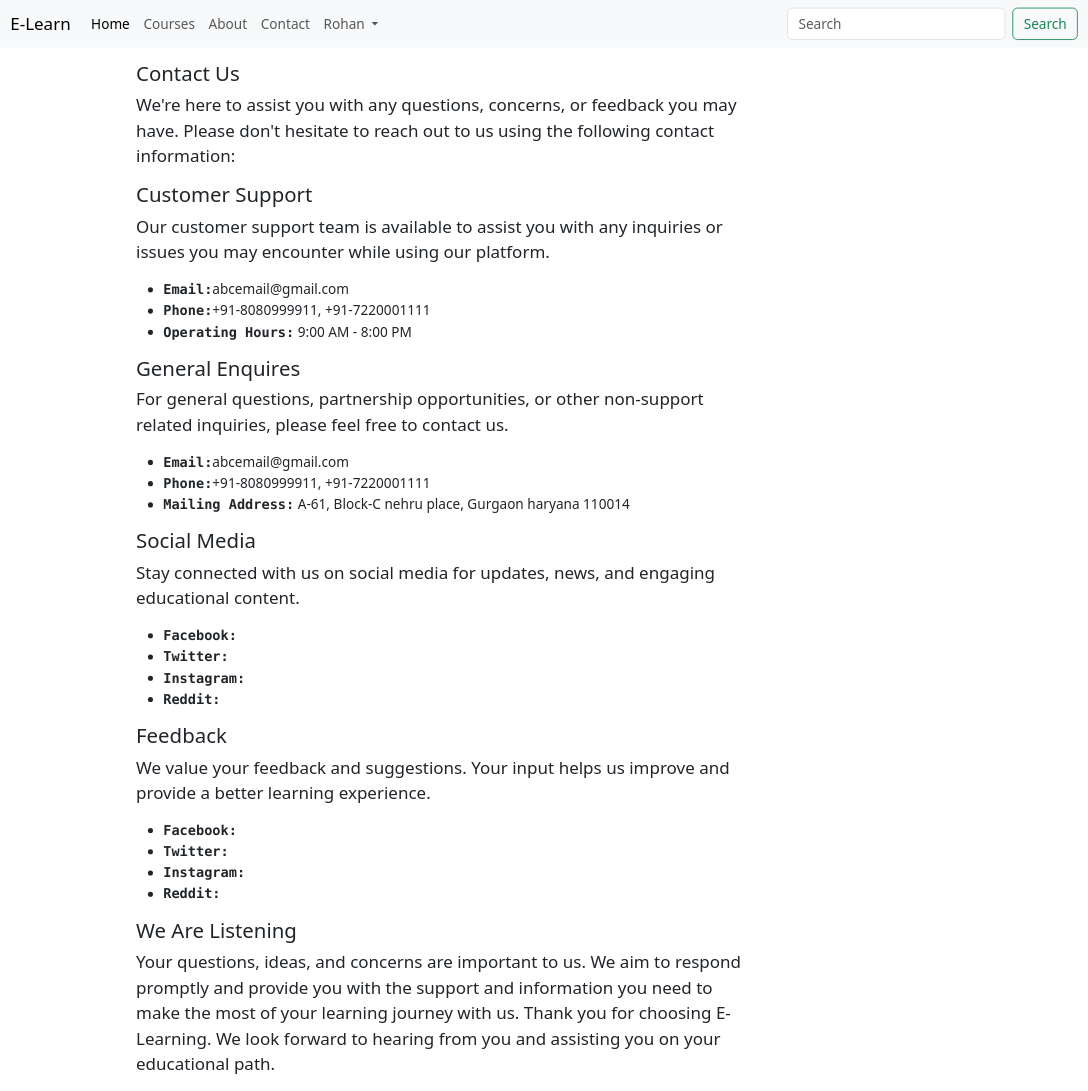
Repository: syni18/bootstrap_elarn
Page: Contact.html
These files come from the project's save history. The page is drawn as it stood at one moment and after the next save; the edit follows.
The browser window is 1280 px wide. The pictures show the whole page, at 85% of full size.

Above is the page before, as saved 2023-10-25 23:44:54.

### Contact.html
<!DOCTYPE html>
<html lang="en">
  <head>
    <meta charset="utf-8" />
    <meta name="viewport" content="width=device-width, initial-scale=1" />
    <title>E-Learning</title>
    <link
      href="https://cdn.jsdelivr.net/npm/bootstrap@5.3.2/dist/css/bootstrap.min.css"
      rel="stylesheet"
      integrity="sha384-T3c6CoIi6uLrA9TneNEoa7RxnatzjcDSCmG1MXxSR1GAsXEV/Dwwykc2MPK8M2HN"
      crossorigin="anonymous"
    />
  </head>
  <body>
    <nav class="navbar navbar-expand-lg bg-body-tertiary">
      <div class="container-fluid">
        <a class="navbar-brand" href="#">E-Learn</a>
        <button
          class="navbar-toggler"
          type="button"
          data-bs-toggle="collapse"
          data-bs-target="#navbarSupportedContent"
          aria-controls="navbarSupportedContent"
          aria-expanded="false"
          aria-label="Toggle navigation"
        >
          <span class="navbar-toggler-icon"></span>
        </button>
        <div class="collapse navbar-collapse" id="navbarSupportedContent">
          <ul class="navbar-nav me-auto mb-2 mb-lg-0">
            <li class="nav-item">
              <a class="nav-link active" aria-current="page" href="#">Home</a>
            </li>
            <li class="nav-item">
              <a class="nav-link" href="#">Courses</a>
            </li>
            <li class="nav-item">
              <a class="nav-link" href="/About.html">About</a>
            </li>
            <li class="nav-item">
              <a class="nav-link" href="#">Contact</a>
            </li>
            <li class="nav-item dropdown">
              <a
                class="nav-link dropdown-toggle"
                href="#"
                role="button"
                data-bs-toggle="dropdown"
                aria-expanded="false"
              >
                Rohan
              </a>
              <ul class="dropdown-menu">
                <li><a class="dropdown-item" href="#">My Profile</a></li>
                <li><a class="dropdown-item" href="#">My Courses</a></li>
                <li><hr class="dropdown-divider" /></li>
                <li><a class="dropdown-item" href="#">Log Out</a></li>
              </ul>
            </li>
          </ul>
          <form class="d-flex" role="search">
            <input
              class="form-control me-2"
              type="search"
              placeholder="Search"
              aria-label="Search"
            />
            <button class="btn btn-outline-success" type="submit">
              Search
            </button>
          </form>
        </div>
      </div>
    </nav>

    <div class="m-auto w-75">
      <div class="mt-3">
        <h6 class="fs-4">Contact Us</h6>
        <p class="w-75 lead">
          We're here to assist you with any questions, concerns, or feedback you may have. Please don't hesitate to reach out to us using the following contact information:
        </p>
      </div>
      <div class="mt-3">
        <h6 class="fs-4">Customer Support</h6>
        <p class="w-75 lead">
          Our customer support team is available to assist you with any inquiries or issues you may encounter while using our platform.
        </p>
        <ul>
            <li>
                <samp class="fw-bolder">Email:</samp>abcemail@gmail.com
            </li>
            <li>
                <samp class="fw-bolder">Phone:</samp>+91-8080999911, +91-7220001111
            </li>
            <li>
                <samp class="fw-bolder">Operating Hours:</samp> 9:00 AM - 8:00 PM
            </li>
        </ul>
      </div>
      <div class="mt-3">
        <h6 class="fs-4">General Enquires</h6>
        <p class="w-75 lead">
          For general questions, partnership opportunities, or other non-support related inquiries, please feel free to contact us.
        </p>
        <ul>
            <li>
                <samp class="fw-bolder">Email:</samp>abcemail@gmail.com
            </li>
            <li>
                <samp class="fw-bolder">Phone:</samp>+91-8080999911, +91-7220001111
            </li>
            <li>
                <samp class="fw-bolder">Mailing Address:</samp> A-61, Block-C nehru place, Gurgaon haryana 110014
            </li>
        </ul>
      </div>
       <div class="mt-3">
        <h6 class="fs-4">Social Media</h6>
        <p class="w-75 lead">
          Stay connected with us on social media for updates, news, and engaging educational content.
        </p>
        <ul>
            <li>
                <samp class="fw-bolder">Facebook:</samp>
            </li>
            <li>
                <samp class="fw-bolder">Twitter:</samp>
            </li>
            <li>
                <samp class="fw-bolder">Instagram:<samp>
            </li>
            <li>
                <samp class="fw-bolder">Reddit:<samp>
            </li>
        </ul>
      </div>
      <div class="mt-3">
        <h6 class="fs-4">Feedback</h6>
        <p class="w-75 lead">
          We value your feedback and suggestions. Your input helps us improve and provide a better learning experience.
        </p>
        <ul>
            <li>
                <samp class="fw-bolder">Facebook:</samp>
            </li>
            <li>
                <samp class="fw-bolder">Twitter:</samp>
            </li>
            <li>
                <samp class="fw-bolder">Instagram:<samp>
            </li>
            <li>
                <samp class="fw-bolder">Reddit:<samp>
            </li>
        </ul>
      </div>

      <div class="mt-3">
        <h6 class="fs-4">We Are Listening</h6>
        <p class="w-75 lead">
          Your questions, ideas, and concerns are important to us. We aim to respond promptly and provide you with the support and information you need to make the most of your learning journey with us.
          Thank you for choosing E-Learning. We look forward to hearing from you and assisting you on your educational path.
        </p>
      </div>
    </div>

    <script
      src="https://cdn.jsdelivr.net/npm/bootstrap@5.3.2/dist/js/bootstrap.bundle.min.js"
      integrity="sha384-C6RzsynM9kWDrMNeT87bh95OGNyZPhcTNXj1NW7RuBCsyN/o0jlpcV8Qyq46cDfL"
      crossorigin="anonymous"
    ></script>
  </body>
</html>

After the next save:
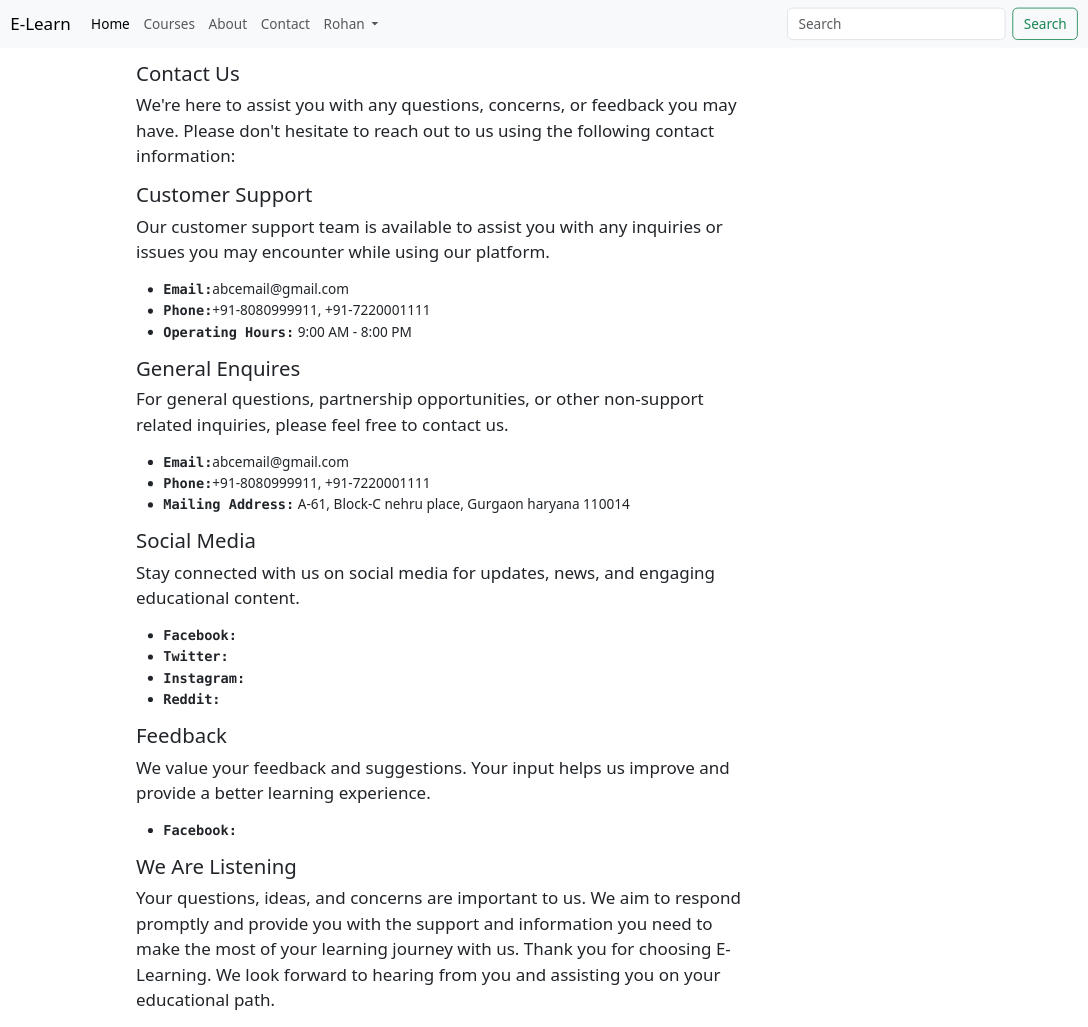
Saved 6 s later.
--- a/Contact.html
+++ b/Contact.html
@@ -143,15 +143,6 @@
             <li>
                 <samp class="fw-bolder">Facebook:</samp>
             </li>
-            <li>
-                <samp class="fw-bolder">Twitter:</samp>
-            </li>
-            <li>
-                <samp class="fw-bolder">Instagram:<samp>
-            </li>
-            <li>
-                <samp class="fw-bolder">Reddit:<samp>
-            </li>
         </ul>
       </div>
 
